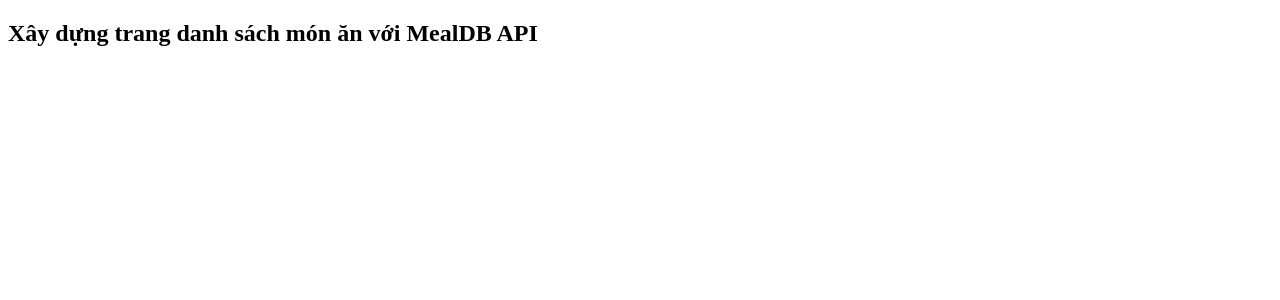
Repository: Lehuyhuynh/BT1-ajax
Page: BT2/index.html
An editor plug-in stored every save of this project. The page is shown before and after a run of saves, followed by the edit.
The browser window is 1280 px wide. The pictures show the whole page.

Above is the page before, as saved 2023-09-12 12:22:51.

### BT2/index.html
<!DOCTYPE html>
<html lang="en">
<head>
  <meta charset="UTF-8">
  <meta name="viewport" content="width=device-width, initial-scale=1.0">
  <title>BT2</title>
</head>
<body>
  <h2>Xây dựng trang danh sách món ăn với MealDB API</h2>
</body>
</html>

After the next 3 saves:
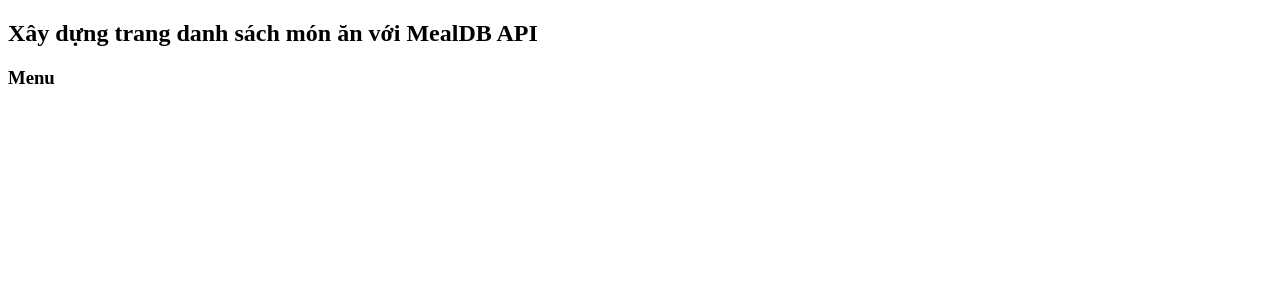
The 3 saves are shown as one change because they came seconds apart.
The last was saved 11 s later.
--- a/BT2/index.html
+++ b/BT2/index.html
@@ -7,5 +7,7 @@
 </head>
 <body>
   <h2>Xây dựng trang danh sách món ăn với MealDB API</h2>
+
+  <h3>Menu</h3>
 </body>
 </html>
